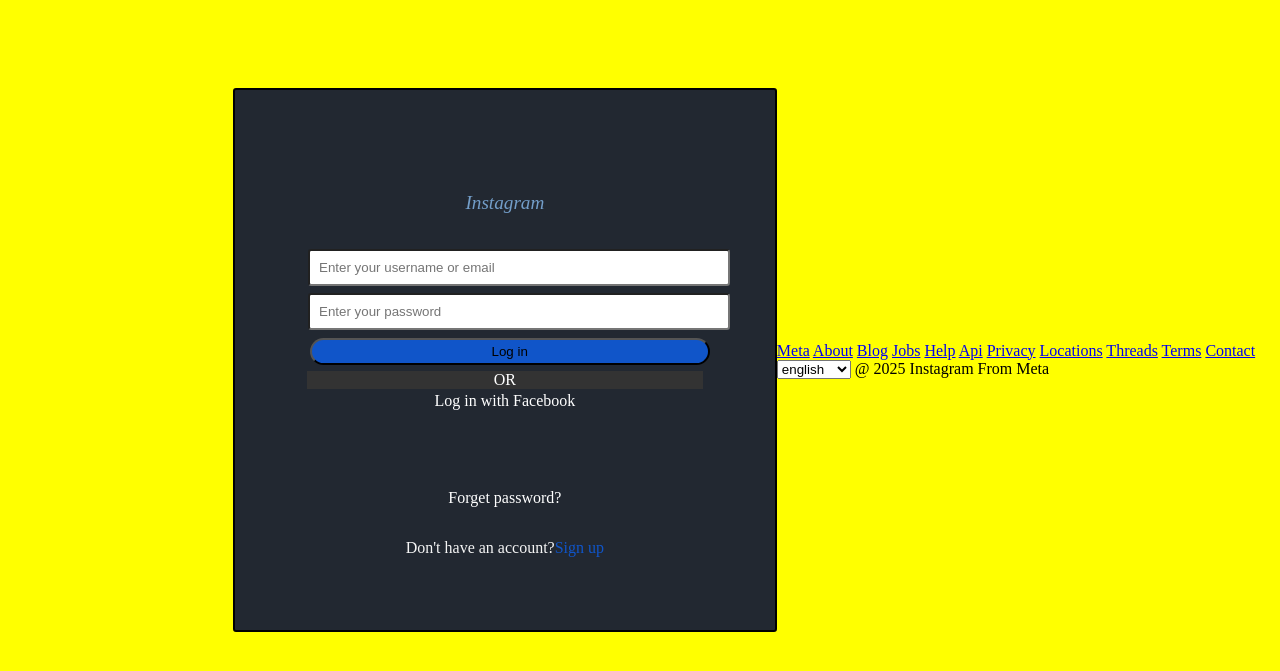
Repository: sristigupta04/basic-js-project
Page: index.html
An editor plug-in stored every save of this project. The page is shown before and after the next save, followed by the edit.
The browser window is 1280 px wide. The pictures show the whole page.

Above is the page before, as saved 2025-10-24 13:54:30.

After the next save:
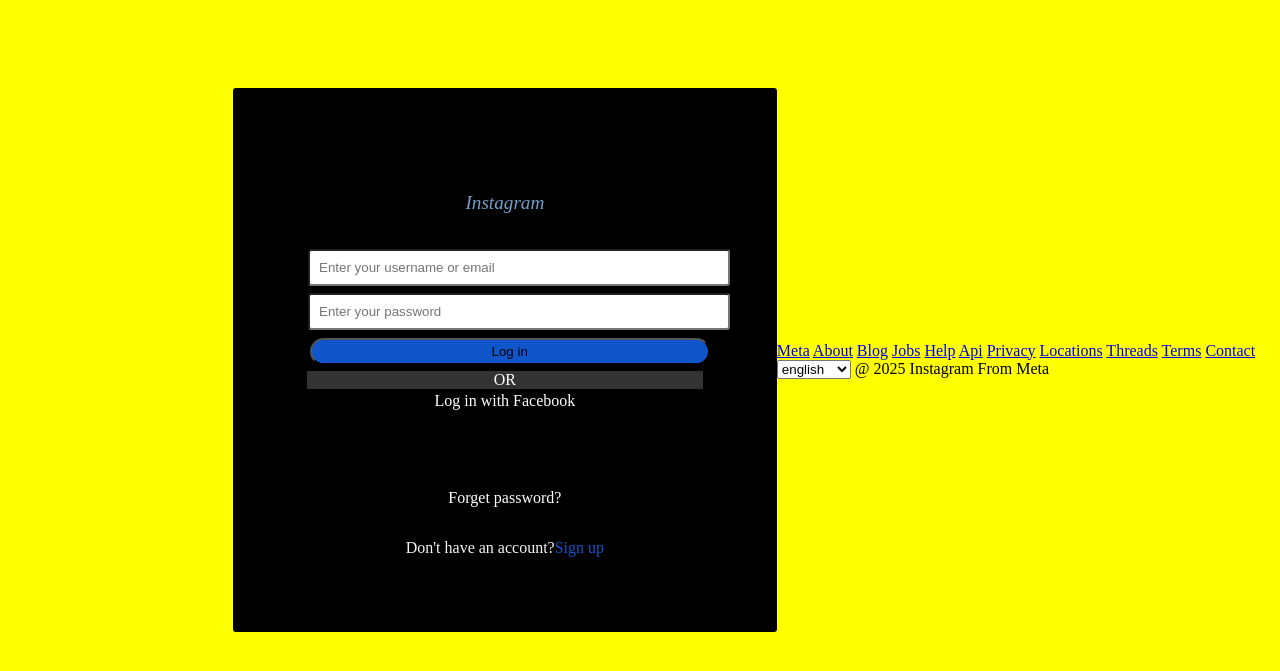
Saved 23 s later.
--- a/index.css
+++ b/index.css
@@ -12,7 +12,7 @@ body{
    height:400px;
    width:400px;
    border:2px solid black;
-   background-color:#222831;
+   background-color:#000000;
    border-radius: 3px;;
    text-align:center ;
 
